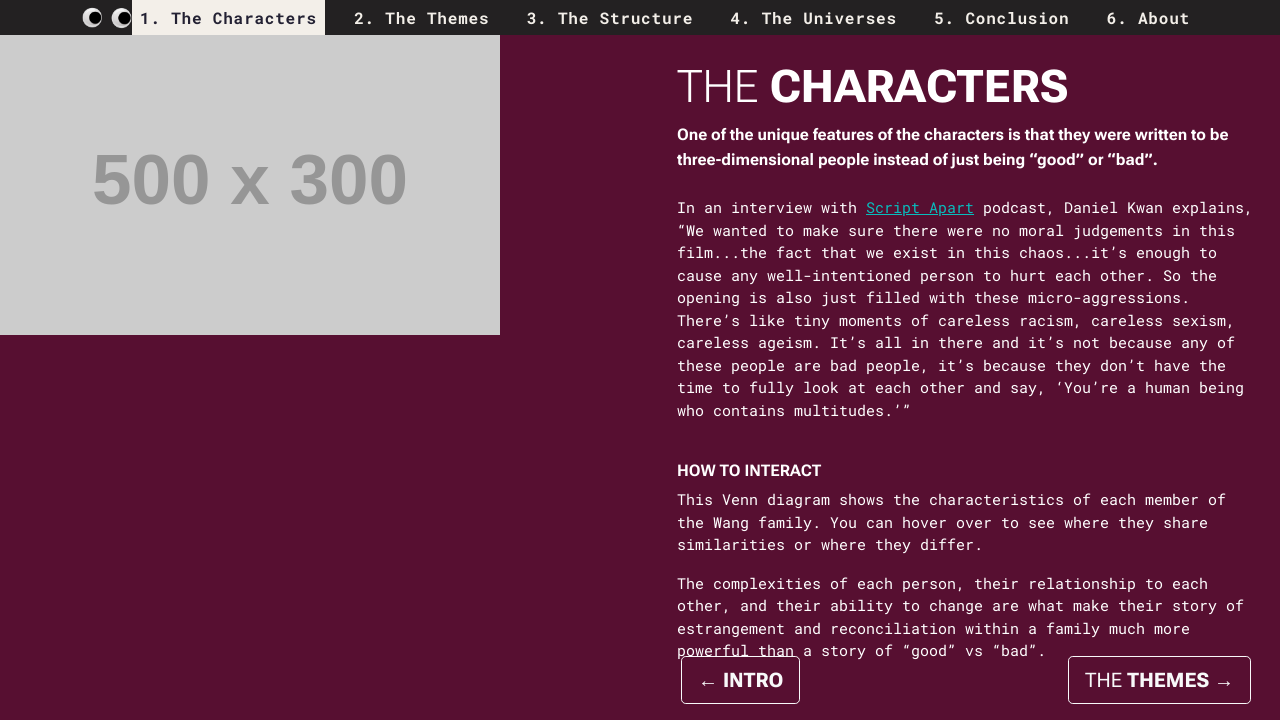
Repository: angelica-hom/msdv-thesis
Page: characters.html
The author's editor kept a record of every edit. The page is drawn from the files as they stood at one moment, then again after the next edit.
The browser window is 1280 px wide. The pictures show the whole page.

Above is the page before.

### characters.html
<!DOCTYPE html>
<html lang="en">
  <head>
    <meta charset="utf-8" />
    <meta name="viewport" content="width=device-width, initial-scale=1" />
    <link
      href="https://cdn.jsdelivr.net/npm/bootstrap@5.1.3/dist/css/bootstrap.min.css"
      rel="stylesheet"
    />
    <link href="characters.css" rel="stylesheet" />
    <title>Decoding Everything Everywhere All at Once</title>
  </head>
  <body>
    <nav class="navbar navbar-expand-lg navbar-custom">
      <div class="container">
        <a class="navbar-brand" href="index.html">
          <img
            src="images/Googly Eyes.png"
            alt="Decoding Everything Everywhere All at Once"
            height="50"
          />
        </a>
        <div class="collapse navbar-collapse" id="navbarNav">
          <ul class="navbar-nav mx-auto">
            <li class="nav-item">
              <!-- Add "btn-characters" class to the "Characters" button -->
              <a class="nav-link btn-selected" href="characters.html"
                >1. The Characters</a
              >
            </li>
            <li class="nav-item">
              <a class="nav-link" href="themes.html">2. The Themes</a>
            </li>
            <li class="nav-item">
              <a class="nav-link" href="structure.html">3. The Structure</a>
            </li>
            <li class="nav-item">
              <a class="nav-link" href="universes.html">4. The Universes</a>
            </li>
            <li class="nav-item">
              <a class="nav-link" href="conclusion.html">5. Conclusion</a>
            </li>
            <li class="nav-item">
              <a class="nav-link" href="about.html">6. About</a>
            </li>
          </ul>
        </div>
      </div>
    </nav>

    <div class="container-fluid">
      <div class="row">
        <div class="col-md-6 left-section">
          <img
            src="https://via.placeholder.com/500x300"
            alt="Static image"
            class="img-fluid"
          />
        </div>

        <div class="col-md-6 left-section">
          <div id="content">
            <h2>THE <span class="bold">CHARACTERS</span></h2>
            <span class="subheading"
              >One of the unique features of the characters is that they were
              written to be three-dimensional people instead of just being
              “good” or “bad”.</span
            >
            <br /><br />
            <p>
              In an interview with
              <a
                href="https://screencraft.org/blog/script-apart-the-daniels-unpack-everything-everywhere-all-at-once/"
                target="_blank"
                >Script Apart</a
              >
              podcast, Daniel Kwan explains, “We wanted to make sure there were
              no moral judgements in this film...the fact that we exist in this
              chaos...it’s enough to cause any well-intentioned person to hurt
              each other. So the opening is also just filled with these
              micro-aggressions. There’s like tiny moments of careless racism,
              careless sexism, careless ageism. It’s all in there and it’s not
              because any of these people are bad people, it’s because they
              don’t have the time to fully look at each other and say, ‘You’re a
              human being who contains multitudes.’”
            </p>
            <br />
            <h3>HOW TO INTERACT</h3>
            <p>
              This Venn diagram shows the characteristics of each member of the
              Wang family. You can hover over to see where they share
              similarities or where they differ.
            </p>
            <p>
              The complexities of each person, their relationship to each other,
              and their ability to change are what make their story of
              estrangement and reconciliation within a family much more powerful
              than a story of “good” vs “bad”.
            </p>
          </div>
          <div class="nav-sticky-bottom">
            <div class="d-flex justify-content-between">
              <a href="intro.html" class="btn btn-outline-light btn-lg"
                ><span class="button-bold">← INTRO</span></a
              >
              <a href="themes.html" class="btn btn-outline-light btn-lg"
                >THE <span class="button-bold">THEMES →</span></a
              >
            </div>
          </div>
        </div>
      </div>
    </div>

    <script src="characters.js"></script>
    <script src="https://cdn.jsdelivr.net/npm/@popperjs/core@2.11.6/dist/umd/popper.min.js"></script>
    <script src="https://cdn.jsdelivr.net/npm/bootstrap@5.1.3/dist/js/bootstrap.min.js"></script>
    <script src="https://code.highcharts.com/highcharts.js"></script>
    <script src="https://code.highcharts.com/modules/venn.js"></script>
    <script src="https://code.highcharts.com/modules/exporting.js"></script>
    <script src="https://code.highcharts.com/modules/accessibility.js"></script>
  </body>
</html>

### characters.css
@import url('https://fonts.googleapis.com/css2?family=Roboto+Flex:wght@100;200;300;400;500;600;700;800;900;1000&display=swap');
@import url('https://fonts.googleapis.com/css2?family=Roboto+Mono:ital,wght@0,100;0,200;0,300;0,400;0,500;0,600;0,700;1,100;1,200;1,300;1,400;1,500;1,600;1,700&display=swap');

body, html {
    margin: 0;
    height: 100%;
    overflow-x: hidden;
}

.container-fluid {
    height: calc(100% - 35px); /* Subtract navbar height */
    padding: 0;
}

.row {
    height: 100%;
}

/* NAVBAR */
.navbar-custom {
    margin-bottom: 0;
    height: 35px;
    align-items: center; /* Center the navbar content vertically */
    background-color: #232122; /* New navbar background color */
    width: 100%; /* Make the navbar container wider */
    font-family: 'Roboto Mono', monospace; /* Specify the font family */
    font-weight: 700;
}

.navbar-custom .navbar-brand,
.navbar-custom .nav-link {
    color: #F3EFE9;
    padding: 0;
    line-height: 35px;
    font-size: 16px;
    letter-spacing: 0.05em;
    font-family: 'Roboto Mono', monospace;
    margin: 0; /* Add a margin to create more space between nav items */
}

.navbar-custom .navbar-nav {
    flex-grow: 1;
    display: flex;
    justify-content: space-between; /* Spread out the nav items */
}

.navbar-custom .nav-link:hover {
    color: #232122;
    background-color: #F3EFE9; /* New background color on hover */
}

/* Change the background-color and color for the "Characters" button */
.btn-selected {
    background-color: #F3EFE9 !important;
    color: #232133 !important;
}

/*a:focus, a:active, a:hover {*/
/*  outline: none;*/
/*  text-decoration: none;*/
  /*color: #F3EFE9; /* Set the desired color for the links */
/*}*/

/* Change the color of an inactive (unvisited) hyperlink */
a {
    color: #08BDBD; /* Replace with your desired color */
}

/* Change the color of a hyperlink when hovered over */
a:hover {
    color: #5A9; /* Replace with your desired color */
}

/* RIGHT SECTION STYLE */
.right-section {
    background-color: #F3EFE9;
}

/* LEFT SECTION STYLE */
.left-section {
    background-color: #570F31;
    color: #FFF; /* Set text color to white for better contrast */
    justify-content: flex-start!important;
    position: relative;
}

.left-section #content {
    padding: 25px;
}

.left-section #content h2 {
    font-family: 'Roboto Flex', sans-serif;
    font-style: normal;
    font-weight: 200;
    font-size: 45px;
}

.left-section #content .subheading {
    font-family: 'Roboto Flex', sans-serif;
    font-style: normal;
    font-weight: 700;
    font-size: 16px;
}

.left-section #content h3 {
    font-family: 'Roboto Flex', sans-serif;
    font-style: normal;
    font-weight: 700;
    font-size: 16px;
}

@media (max-width: 768px) {
  h2 {
    font-size: 28px;
  }
}

.left-section #content .bold {
    font-weight: 800;
}

.left-section #content p {
    font-family: 'Roboto Mono', monospace;
    font-style: normal;
    font-weight: 400;
    font-size: 15px;
}

.justify-content-between {
    padding: 0px 25px!important;
    font-family: 'Roboto Flex', sans-serif!important;
}

.button-bold {
    font-weight: 800;
}

.nav-sticky-bottom {
    position: absolute;
    bottom: 0;
    left: 0;
    right: 0;
    padding: 1rem;
}

/* VISUALIZATION */
.vertical-center {
  margin: 0;
  position: relative;
  top: 50%;
  -ms-transform: translateY(-50%);
  transform: translateY(-50%);
}

### characters.js
document.addEventListener('keydown', function (event) {
    if (event.code === 'ArrowLeft') {
        window.location.href = 'intro.html';
    }
});

document.addEventListener('keydown', function (event) {
    if (event.code === 'ArrowRight') {
        window.location.href = 'themes.html';
    }
});

After the next edit:
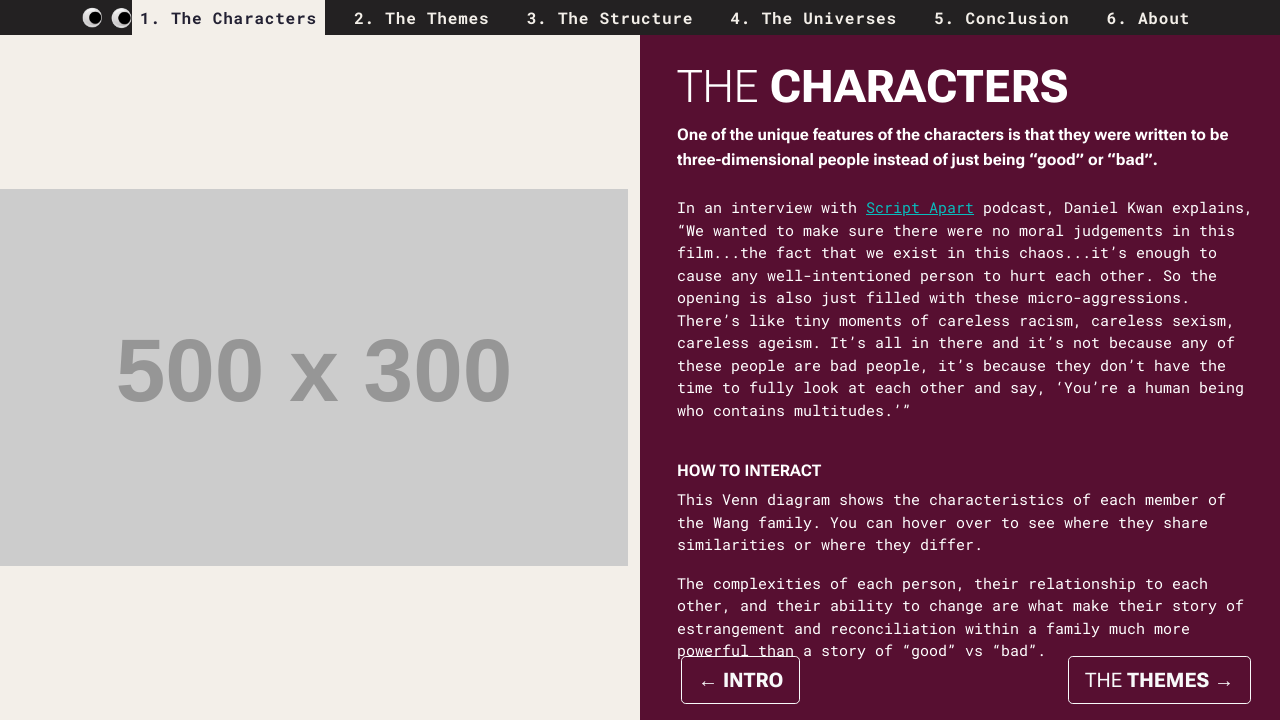
The edit:
--- a/characters.html
+++ b/characters.html
@@ -50,7 +50,9 @@
 
     <div class="container-fluid">
       <div class="row">
-        <div class="col-md-6 left-section">
+        <div
+          class="col-md-6 d-flex flex-column justify-content-center right-section"
+        >
           <img
             src="https://via.placeholder.com/500x300"
             alt="Static image"
